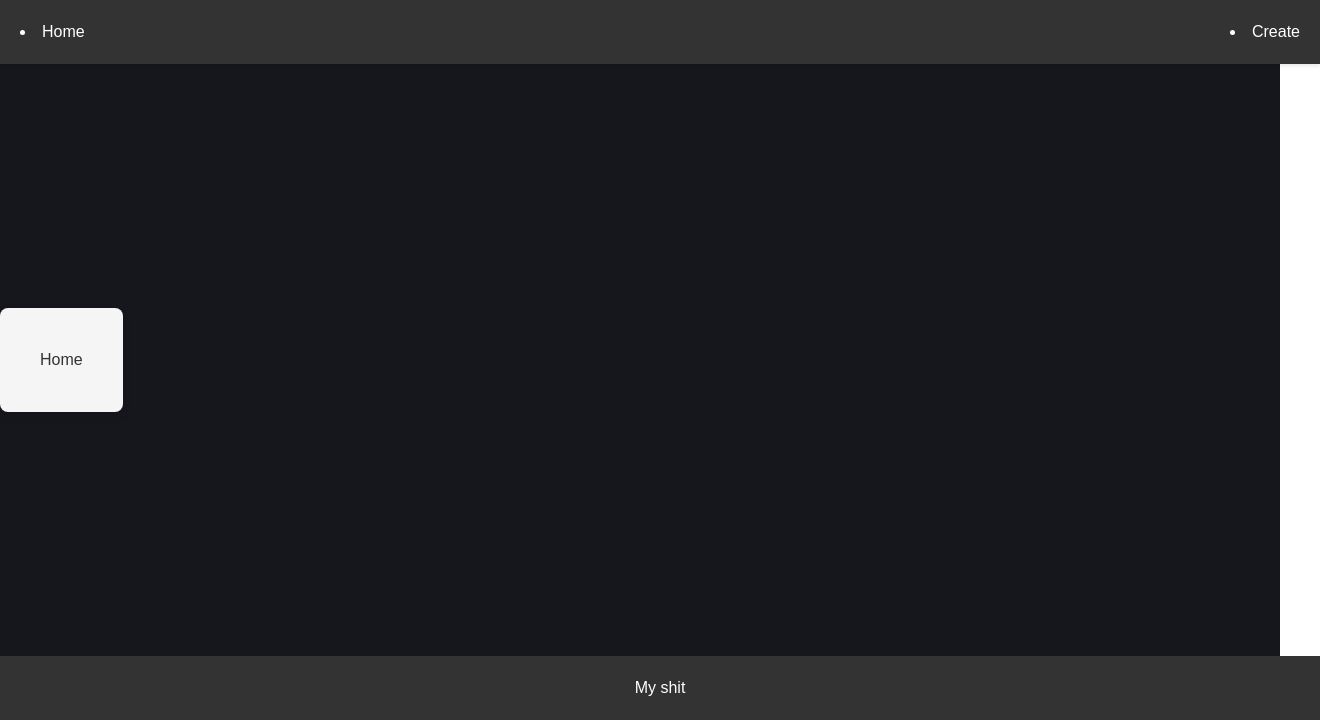
Repository: CarlosFranchN/myReact-supabase
Page: /
These files come from the project's save history. The page is drawn as it stood at one moment and after the next save; the edit follows.
The browser window is 1280 px wide. The page is 1320 px wide, then 1344 px, so the pictures cover 1344 px, including what lies to the right of the window. The pictures show the whole page.
The project was rebuilt for these pictures with package versions that can differ from the ones it lists, and the page was loaded fresh each time. Also part of the build but not shown: vite.config.js, src/pages/Create/index.jsx.

Above is the page before, as saved 2024-11-14 13:43:39.

After the next save:
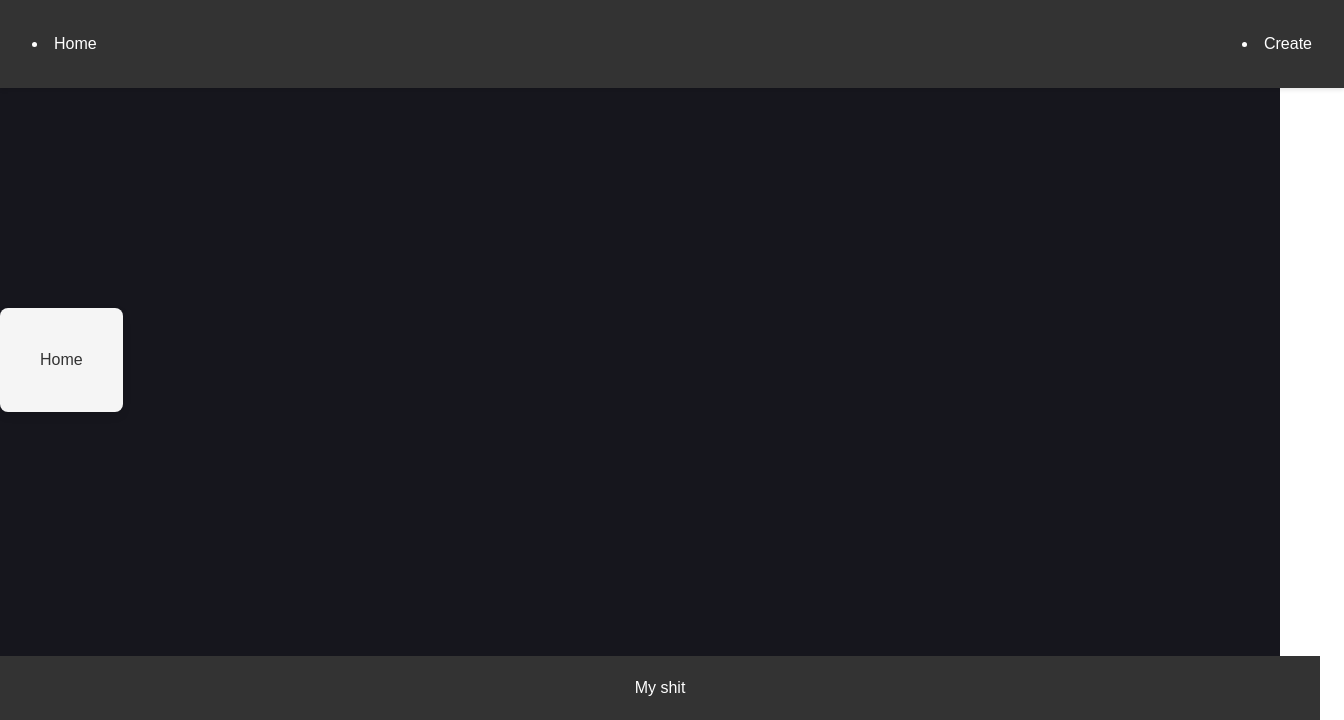
Saved 22 s later.
--- a/src/components/Layout/style.jsx
+++ b/src/components/Layout/style.jsx
@@ -7,7 +7,7 @@ export const LayoutCabecalho = styled.header`
   width: 100%;
   background-color: #333;
   color: #fff;
-  padding: 20px;
+  padding: 2rem;
   text-align: center;
   font-family: Arial, sans-serif;
   box-shadow: 0 2px 4px rgba(0, 0, 0, 0.1);
